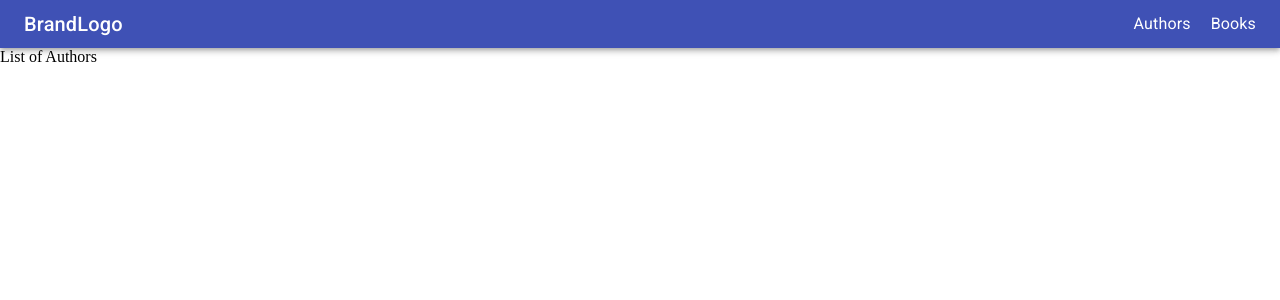
Repository: Sociophuck/00007494
Page: /authors (app in front/)
An editor plug-in stored every save of this project. The page is shown before and after the next save, followed by the edit.
The browser window is 1280 px wide. The pictures show the whole page.
The pointer rests on the first visible `.header-links > a`.
The project was rebuilt for these pictures with package versions that can differ from the ones it lists, and the page was loaded fresh each time. Also part of the build but not shown: front/src/App.css, front/src/Book.js, front/src/Home.js.

Above is the page before, as saved 2021-04-04 11:01:44.

After the next save:
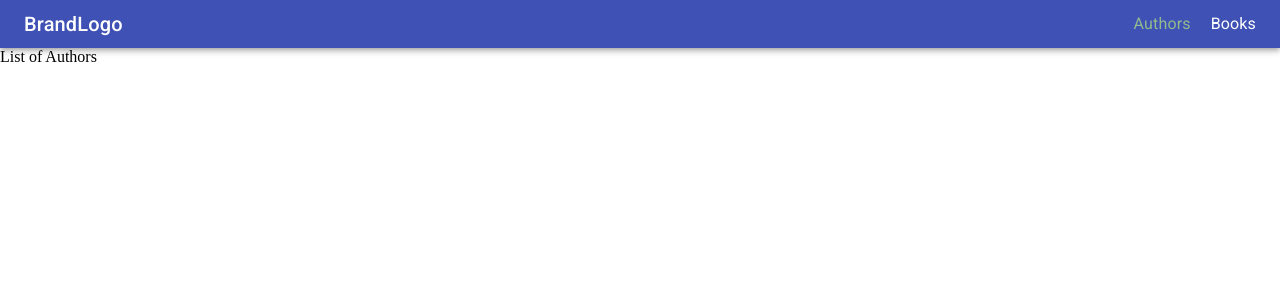
Saved 36 s later.
--- a/front/src/index.css
+++ b/front/src/index.css
@@ -10,3 +10,6 @@ body {
   text-decoration: none;
   color: white;
 }
+.header-links > a:hover {
+  color: darkseagreen;
+}
